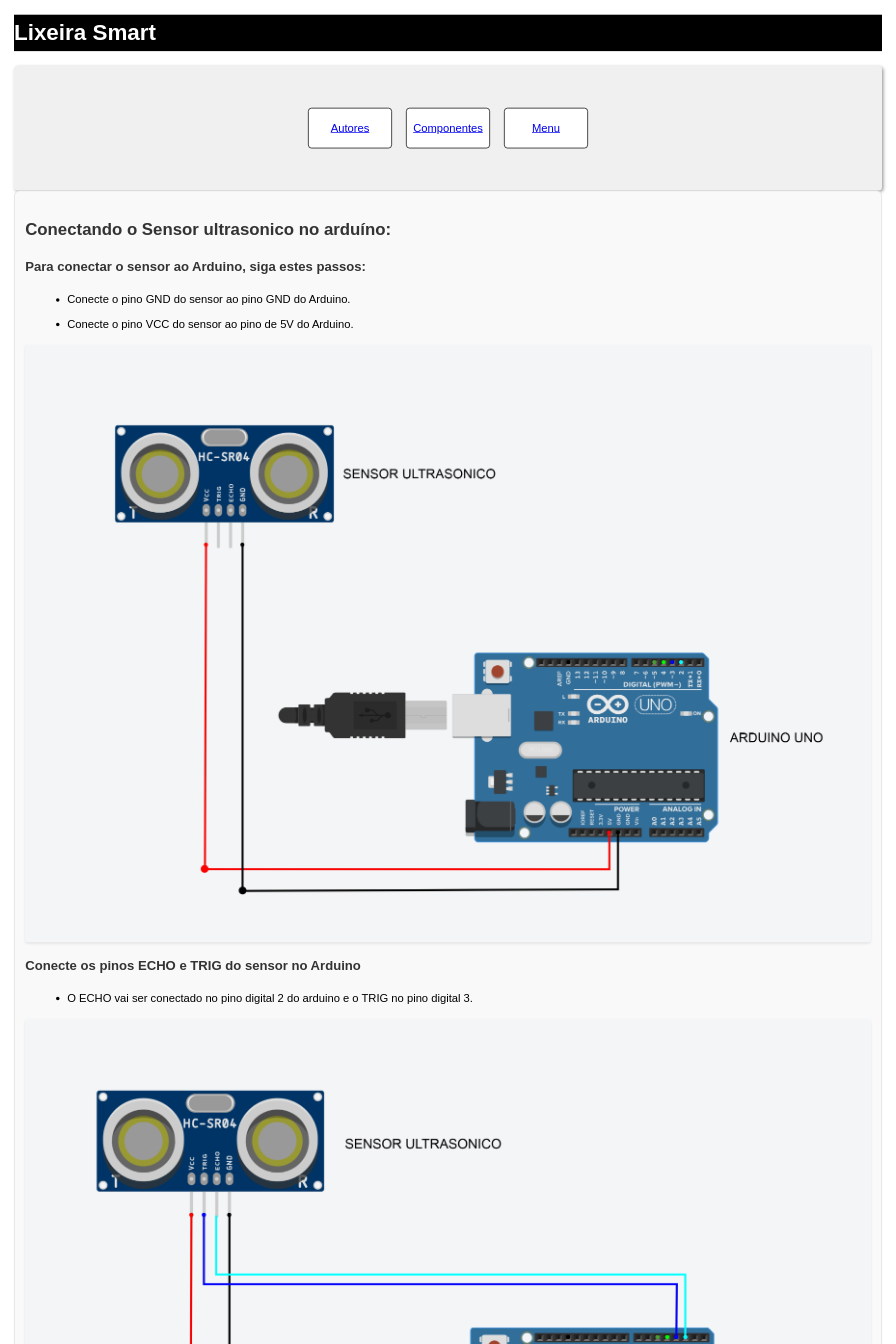
Repository: Eito2511/Site-tutorial-arduino
Page: tutorial.html
The author's editor kept a copy of each file at every save. The page is drawn from the files as they stood at one save, then again after the next save.
The browser window is 1280 px wide. The pictures show the part of the page from y = 0 to 1920 px (the page is 4499 px tall), at 70% of full size.

Above is the page before, as saved 2025-06-04 20:16:04.

After the next save:
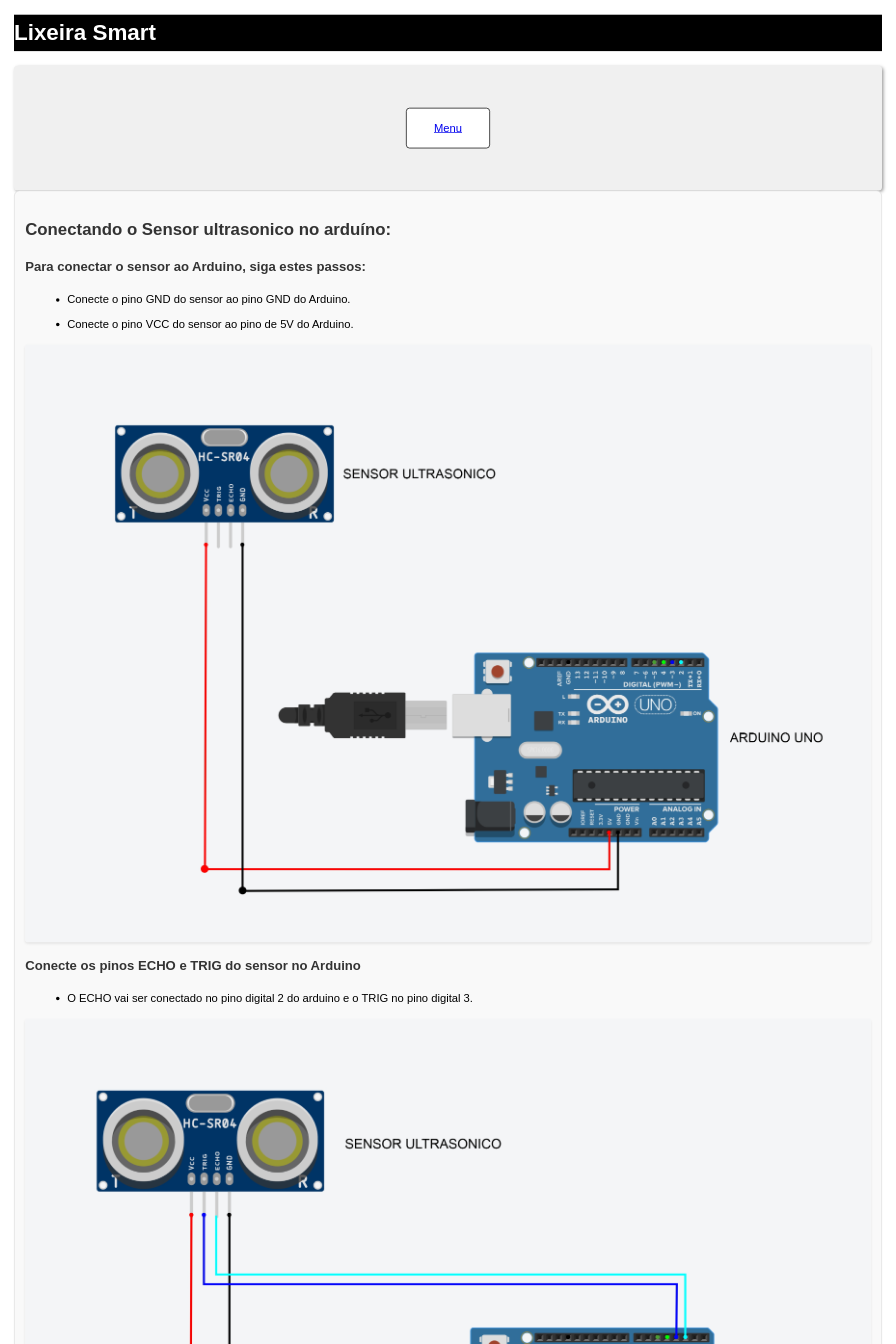
Saved 7 s later.
--- a/tutorial.html
+++ b/tutorial.html
@@ -11,8 +11,6 @@
       <h1 class="titulo">Lixeira Smart</h1>
     </header>
     <section class="navindex">
-        <a href="autores.html" class="btn">Autores</a>
-        <a href="componentes.html" class="btn">Componentes</a>
         <a href="index.html" class="btn">Menu</a>
     </section>
 
